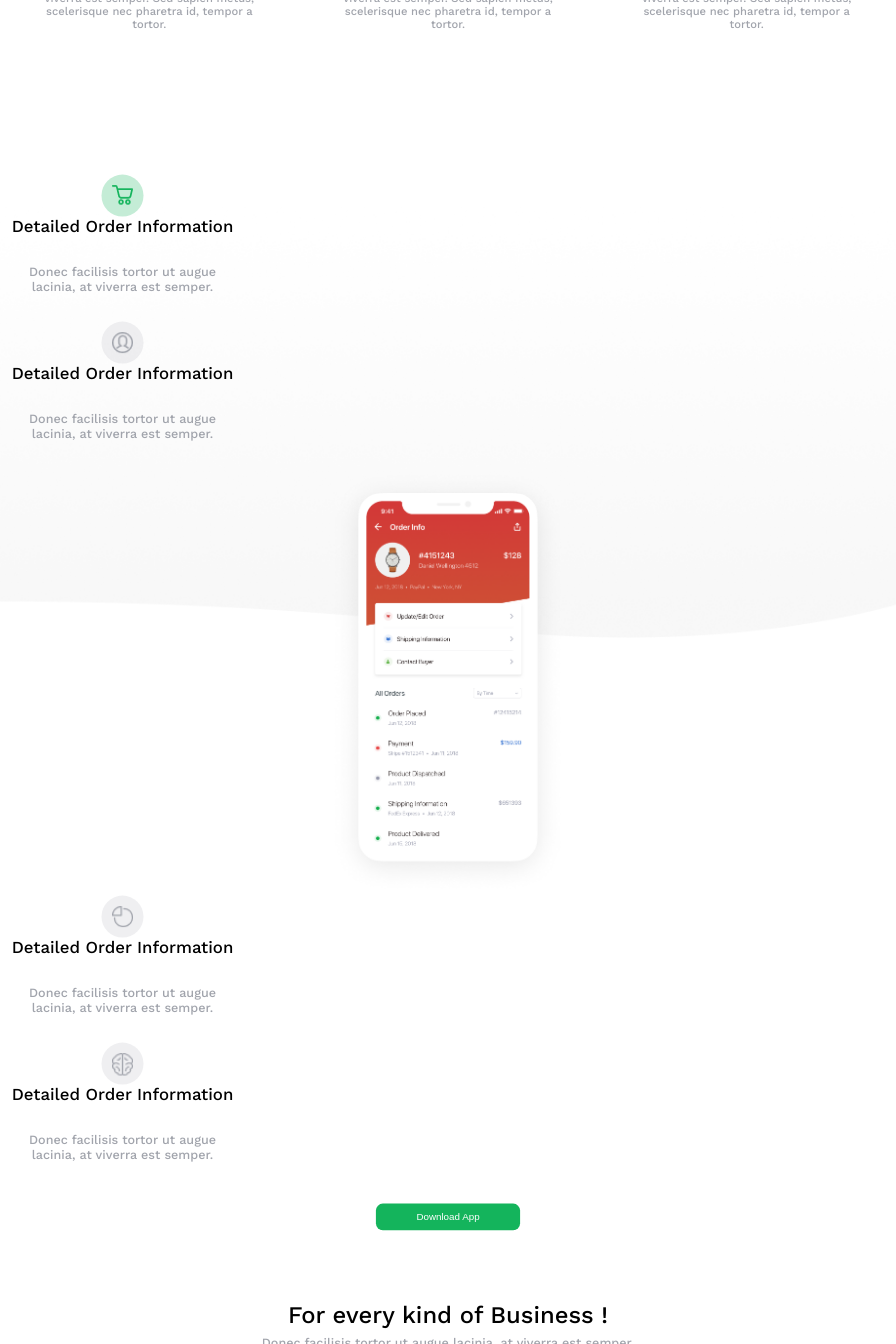
Repository: thinhnguyen347/thinhnguyen347.github.io
Page: cut-html-css/index.html
These files come from the project's save history. The page is drawn as it stood at one moment and after a run of saves; the edit follows.
The browser window is 1280 px wide. The pictures show the part of the page from y = 1758 to 3678 px (the page is 5774 px tall before and 5690 px after), at 70% of full size.

Above is the page before, as saved 2021-11-10 17:26:02.

After the next 3 saves:
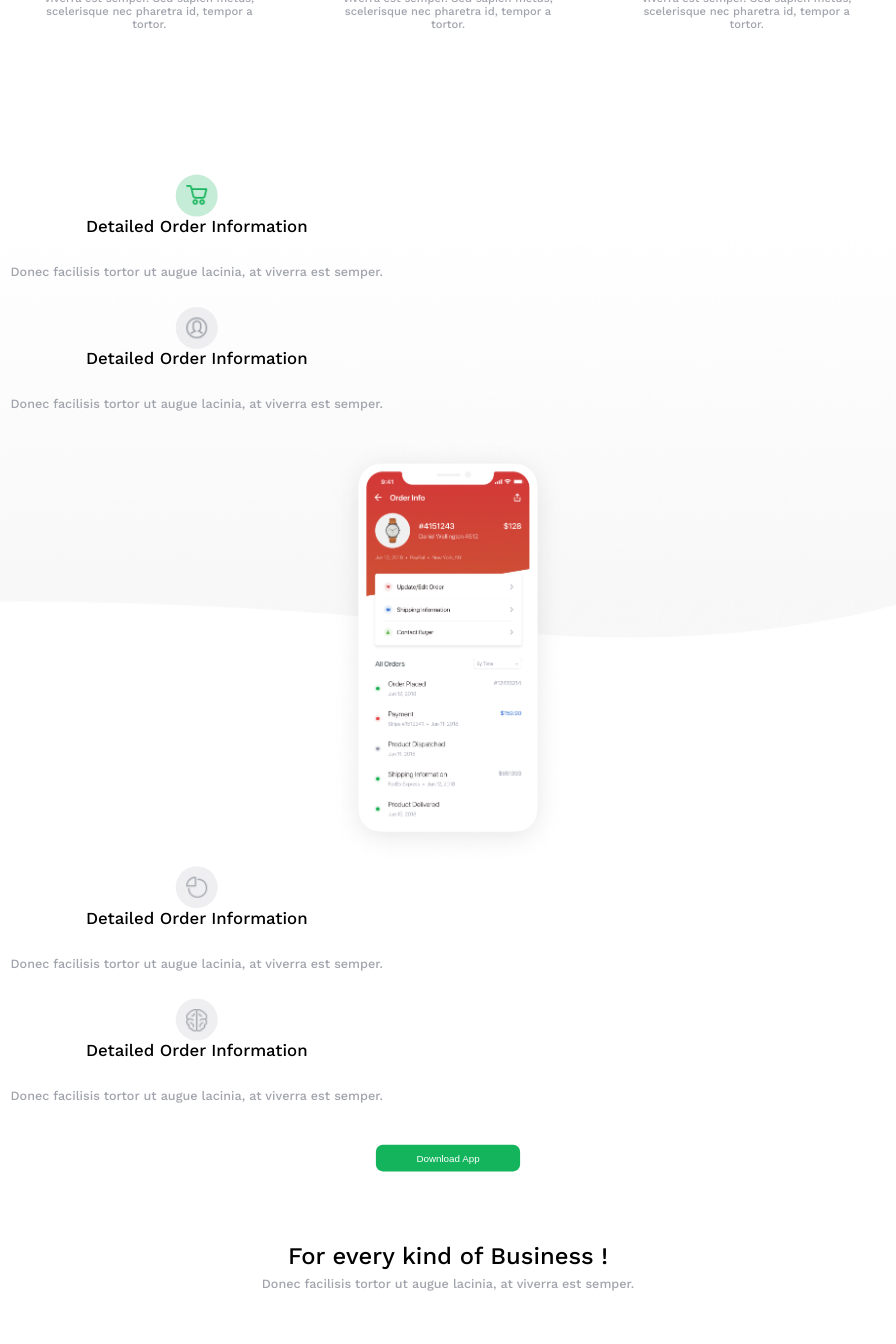
The 3 saves are shown as one change because they came seconds apart.
The last was saved 47 s later.
--- a/cut-html-css/css/style.css
+++ b/cut-html-css/css/style.css
@@ -278,15 +278,6 @@ li.menuitem:hover .drop-down {
   display: flex;
   flex-direction: row;
   flex-wrap: wrap;
-}
-
-.left-panel,
-.right-panel {
-  display: flex;
-  flex-direction: column;
-  justify-content: center;
-  align-content: space-between;
-  width: 320px;
 }
 
 .description {
